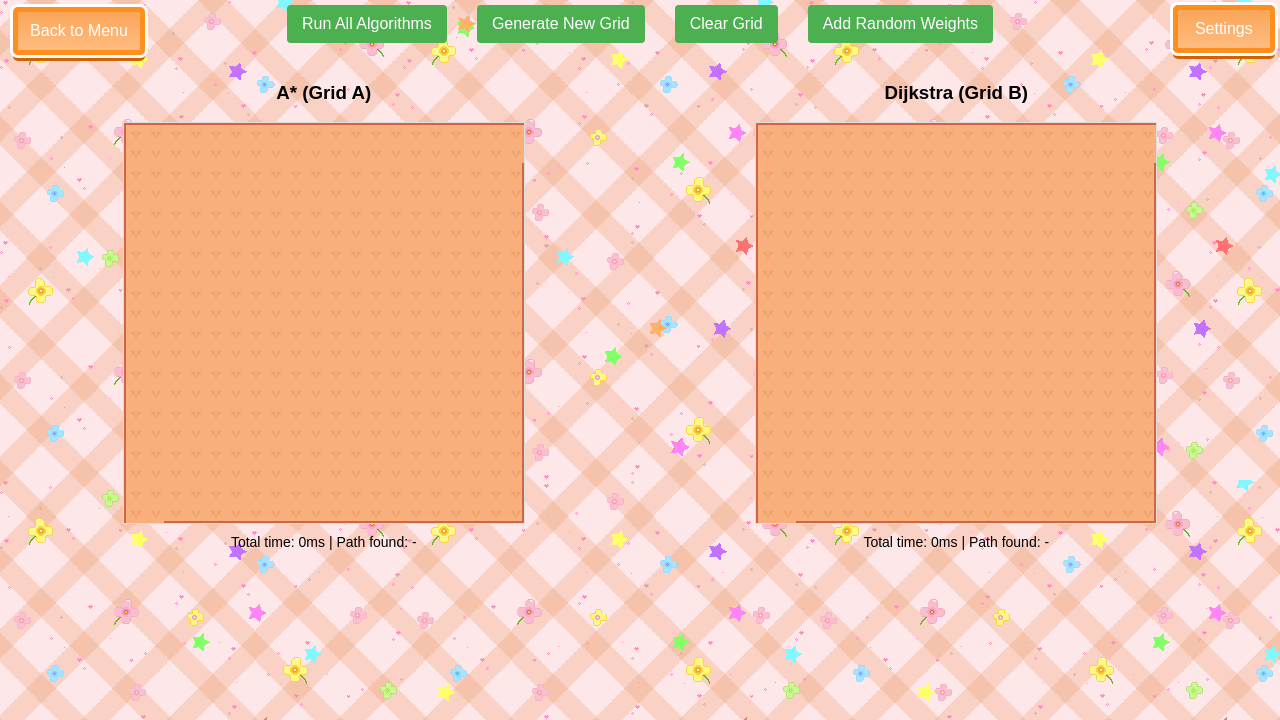
Repository: ramosfranz/Hamster-Crossing
Page: game.html
An editor plug-in stored every save of this project. The page is shown before and after the next save, followed by the edit.
The browser window is 1280 px wide. The pictures show the whole page.
Some web fonts or font styles are not loaded; a fallback is used.

Above is the page before, as saved 2025-05-06 09:50:57.

After the next save:
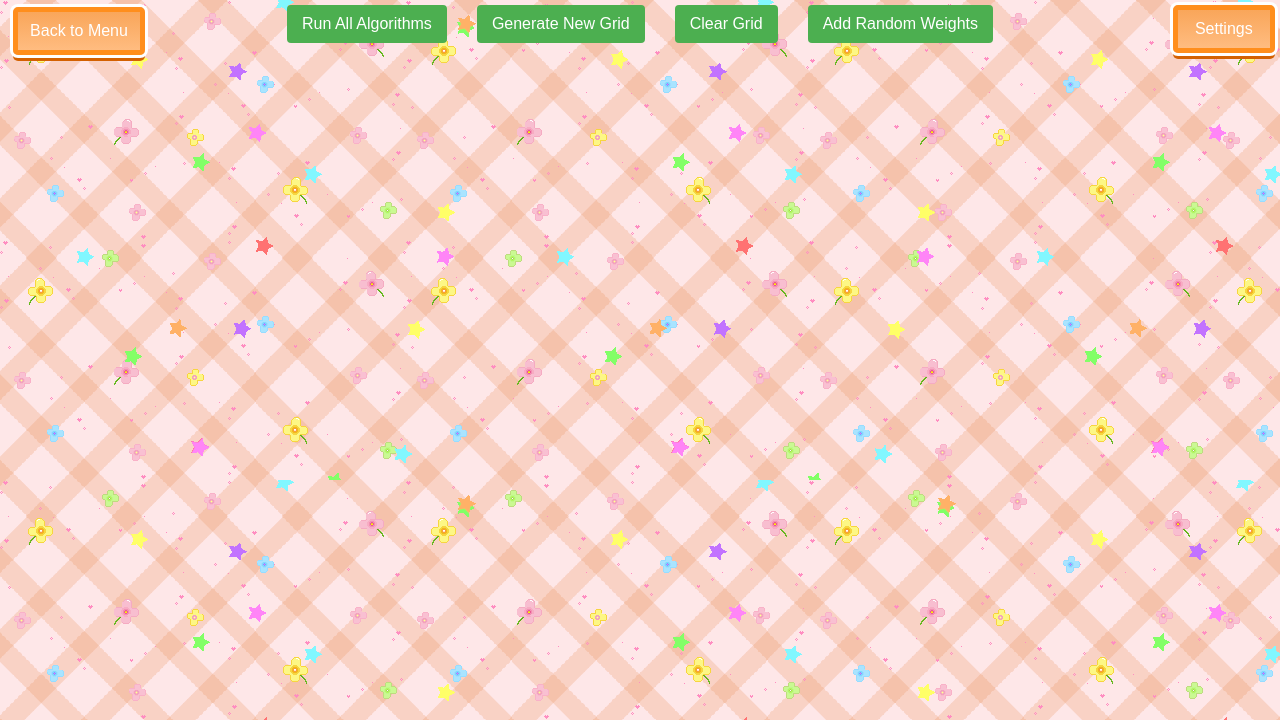
Console error: ReferenceError: characterspriteSheet is not defined
Saved 12 min 46 s later.
--- a/js/visualizer.js
+++ b/js/visualizer.js
@@ -7,6 +7,7 @@
 const SPRITE_HEIGHT = 40;
 const spriteSheet = new Image();
 spriteSheet.src = 'assets/images/sprites/hamu_ground.png'
+characterspriteSheet.src = 'assets/images/sprites/hamu_sprite'
 
 
 export function registerCanvas(gridId, canvas) {

After the 3 saves that followed:
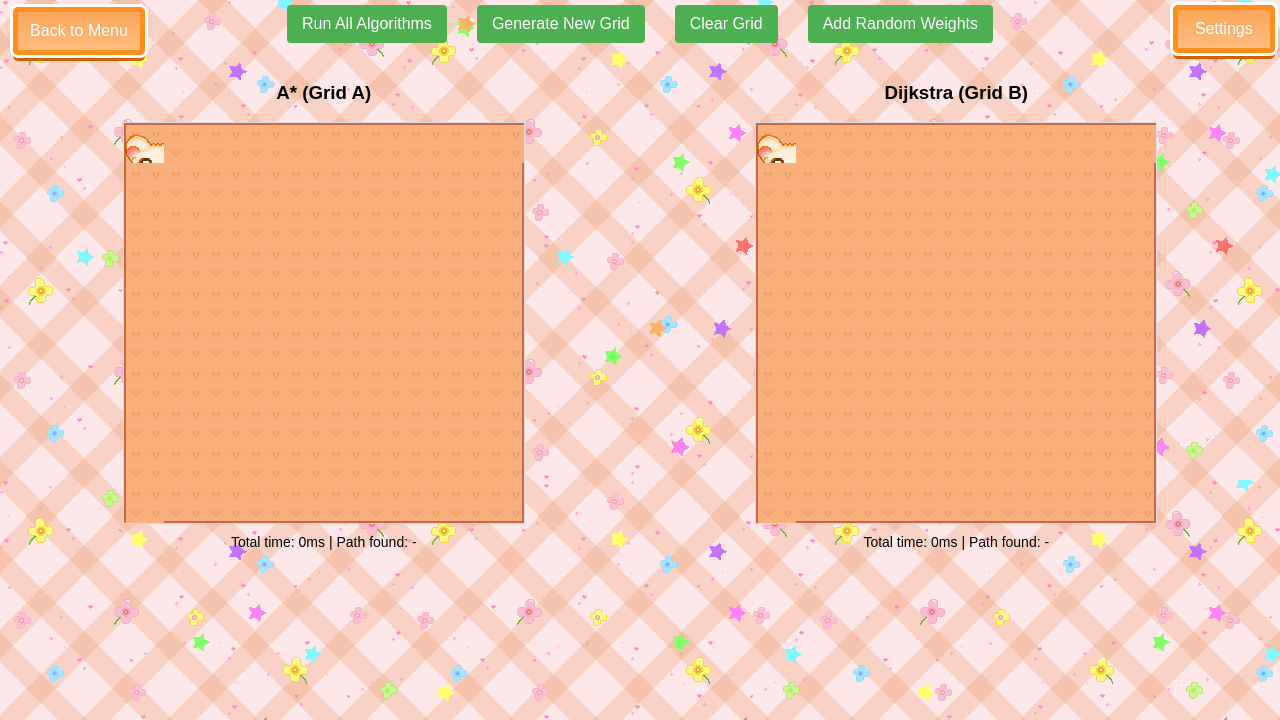
The error is gone.
The 3 saves are shown as one change because 2 left the picture as it was.
The last was saved 12 min 33 s later.
--- a/js/visualizer.js
+++ b/js/visualizer.js
@@ -1,33 +1,48 @@
-import { rows, cols, getGrid, getGoal, getStart, start} from './gridManager.js';
+import { rows, cols, getGrid, getGoal, getStart, start } from './gridManager.js';
 import { sleep } from './utils.js';
 
 export const canvases = {};
 export const ctx = {};
 const SPRITE_WIDTH = 40;
 const SPRITE_HEIGHT = 40;
+
+// Ground sprite sheet
 const spriteSheet = new Image();
-spriteSheet.src = 'assets/images/sprites/hamu_ground.png'
-characterspriteSheet.src = 'assets/images/sprites/hamu_sprite'
-
+spriteSheet.src = 'assets/images/sprites/hamu_ground.png';
+
+// Hamster sprite sheet
+const hamsterSpriteSheet = new Image();
+hamsterSpriteSheet.src = 'assets/images/sprites/hamu_sprite.png';
+
+// Hamster animation frames
+const SPRITE_MAP = {
+    front: { transition: [0, 0], animation: [[0, 1], [0, 2]] },
+    back: { transition: [0, 3], animation: [[0, 4], [0, 5]] },
+    left: { transition: [1, 0], animation: [[1, 1], [1, 2]] },
+    right: { transition: [1, 3], animation: [[1, 4], [1, 5]] }
+};
 
 export function registerCanvas(gridId, canvas) {
     canvases[gridId] = canvas;
     ctx[gridId] = canvas.getContext('2d');
 }
+
 export function drawGrid() {
     const grid = getGrid();
-    const start = getStart();
-    const goal = getGoal();
+    const startPos = getStart();
+    const goalPos = getGoal();
 
     // Draw on all registered canvases
     for (const algorithmId in ctx) {
         const currentCtx = ctx[algorithmId];
         const canvas = canvases[algorithmId];
         const cellSize = Math.min(canvas.width / cols, canvas.height / rows);
+
         if (!grid || !grid.length || !Object.keys(ctx).length) return;
 
         currentCtx.clearRect(0, 0, canvas.width, canvas.height);
 
+        // Draw grid cells
         for (let y = 0; y < rows; y++) {
             for (let x = 0; x < cols; x++) {
                 const cell = grid[y][x];
@@ -62,7 +77,7 @@
                     if (x === 0 && y === 0) {
                         sx = 0;
                         sy = 0;
-                    } else if (x === cols - 1 && y === rows - 1) { // Goal
+                    } else if (x === cols - 1 && y === rows - 1) {
                         sx = 2 * SPRITE_WIDTH;
                         sy = 2 * SPRITE_HEIGHT;
                     } else if (x === 0){
@@ -72,15 +87,14 @@
                         sx = SPRITE_WIDTH;
                         sy = 0;
                     } else if (x === cols - 1) {
-                        sx = 2 * SPRITE_WIDTH
-                        sy = SPRITE_HEIGHT
+                        sx = 2 * SPRITE_WIDTH;
+                        sy = SPRITE_HEIGHT;
                     } else if (y === rows - 1) {
                         sx = SPRITE_WIDTH;
                         sy = 2 * SPRITE_HEIGHT;
-                    }
-                    else {
-                        sx = SPRITE_WIDTH
-                        sy = SPRITE_HEIGHT
+                    } else {
+                        sx = SPRITE_WIDTH;
+                        sy = SPRITE_HEIGHT;
                     }
                 }
 
@@ -104,6 +118,22 @@
                 }
             }
         }
+
+        // Draw hamster at start position
+        if (hamsterSpriteSheet.complete) {
+            const scaleFactor = Math.min(cellSize / SPRITE_HEIGHT, cellSize / SPRITE_WIDTH);
+            const scaledWidth = SPRITE_WIDTH * scaleFactor;
+            const scaledHeight = SPRITE_HEIGHT * scaleFactor;
+
+            currentCtx.drawImage(
+                hamsterSpriteSheet,
+                0, 0, SPRITE_WIDTH, SPRITE_HEIGHT, // Default front-facing frame
+                startPos.x * cellSize + (cellSize - scaledWidth) / 2,
+                startPos.y * cellSize + (cellSize - scaledHeight) / 2,
+                scaledWidth,
+                scaledHeight
+            );
+        }
     }
 }
 
@@ -111,14 +141,19 @@
     const path = [];
     const canvas = ctx.canvas;
     const cellSize = canvas.width / cols;
+
+    // Reconstruct path
     while (cameFrom[`${current.x},${current.y}`]) {
         path.push(current);
         current = cameFrom[`${current.x},${current.y}`];
     }
     path.reverse();
 
+    let frameIndex = 0;
     for (let i = 0; i < path.length; i++) {
         const cell = path[i];
+        const direction = getMovementDirection(path, i, cell);
+        const spriteFrame = getSpriteFrame(direction, i, frameIndex % 2);
 
         if (i > 0) {
             ctx.fillStyle = lineColor;
@@ -129,17 +164,40 @@
         ctx.fillStyle = lineColor;
         ctx.fillRect(cell.x * cellSize, cell.y * cellSize, cellSize, cellSize);
 
-        ctx.beginPath();
-        ctx.arc(
-            cell.x * cellSize + cellSize / 2,
-            cell.y * cellSize + cellSize / 2,
-            cellSize / 2.5,
-            0,
-            2 * Math.PI
-        );
-        ctx.fillStyle = headColor;
-        ctx.fill();
-
+        // Draw hamster
+        if (hamsterSpriteSheet.complete) {
+            const scaleFactor = Math.min(cellSize / SPRITE_HEIGHT, cellSize / SPRITE_WIDTH);
+            const scaledWidth = SPRITE_WIDTH * scaleFactor;
+            const scaledHeight = SPRITE_HEIGHT * scaleFactor;
+
+            ctx.drawImage(
+                hamsterSpriteSheet,
+                spriteFrame[1] * SPRITE_WIDTH,
+                spriteFrame[0] * SPRITE_HEIGHT,
+                SPRITE_WIDTH,
+                SPRITE_HEIGHT,
+                cell.x * cellSize + (cellSize - scaledWidth) / 2,
+                cell.y * cellSize + (cellSize - scaledHeight) / 2,
+                scaledWidth,
+                scaledHeight
+            );
+        }
+
+        frameIndex++;
         await sleep(200);
     }
 }
+
+function getMovementDirection(path, index, cell) {
+    if (index === 0) return "front";
+    const prevCell = path[index - 1];
+    if (cell.x > prevCell.x) return "right";
+    if (cell.x < prevCell.x) return "left";
+    if (cell.y > prevCell.y) return "front";
+    return "back";
+}
+
+function getSpriteFrame(direction, index, frameIndex) {
+    const spriteFrames = SPRITE_MAP[direction];
+    return index === 0 ? spriteFrames.transition : spriteFrames.animation[frameIndex];
+}
